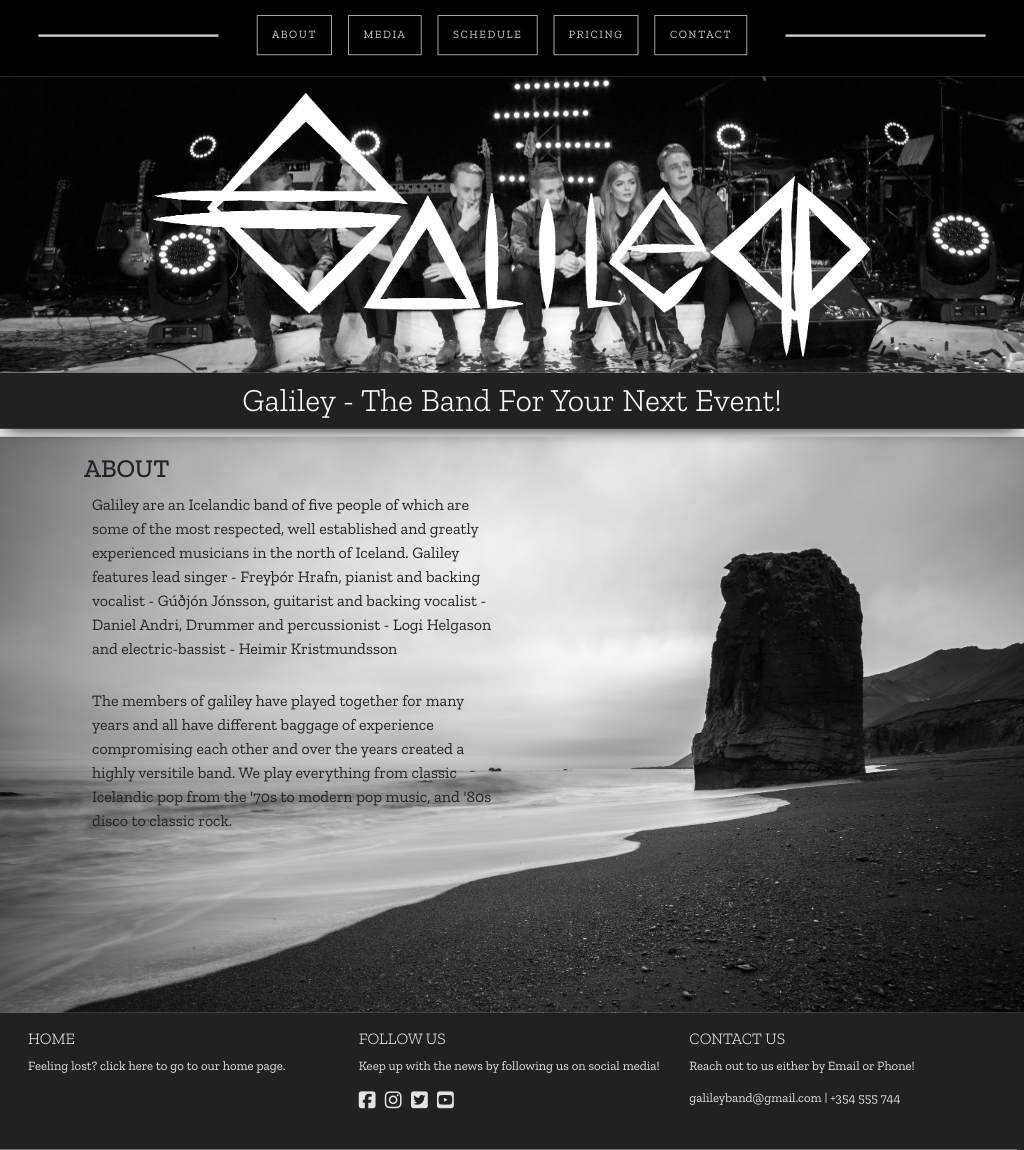
Repository: HeimirDavid/Galiley-Website
Page: index.html
The author's editor kept a record of every edit. The page is drawn from the files as they stood at one moment, then again after the next edit.
The browser window is 1280 px wide. The pictures show the whole page, at 80% of full size.
Backgrounds fixed to the window are drawn as part of the page. Some web libraries are served in a nearby version.

Above is the page before.

After the next edit:
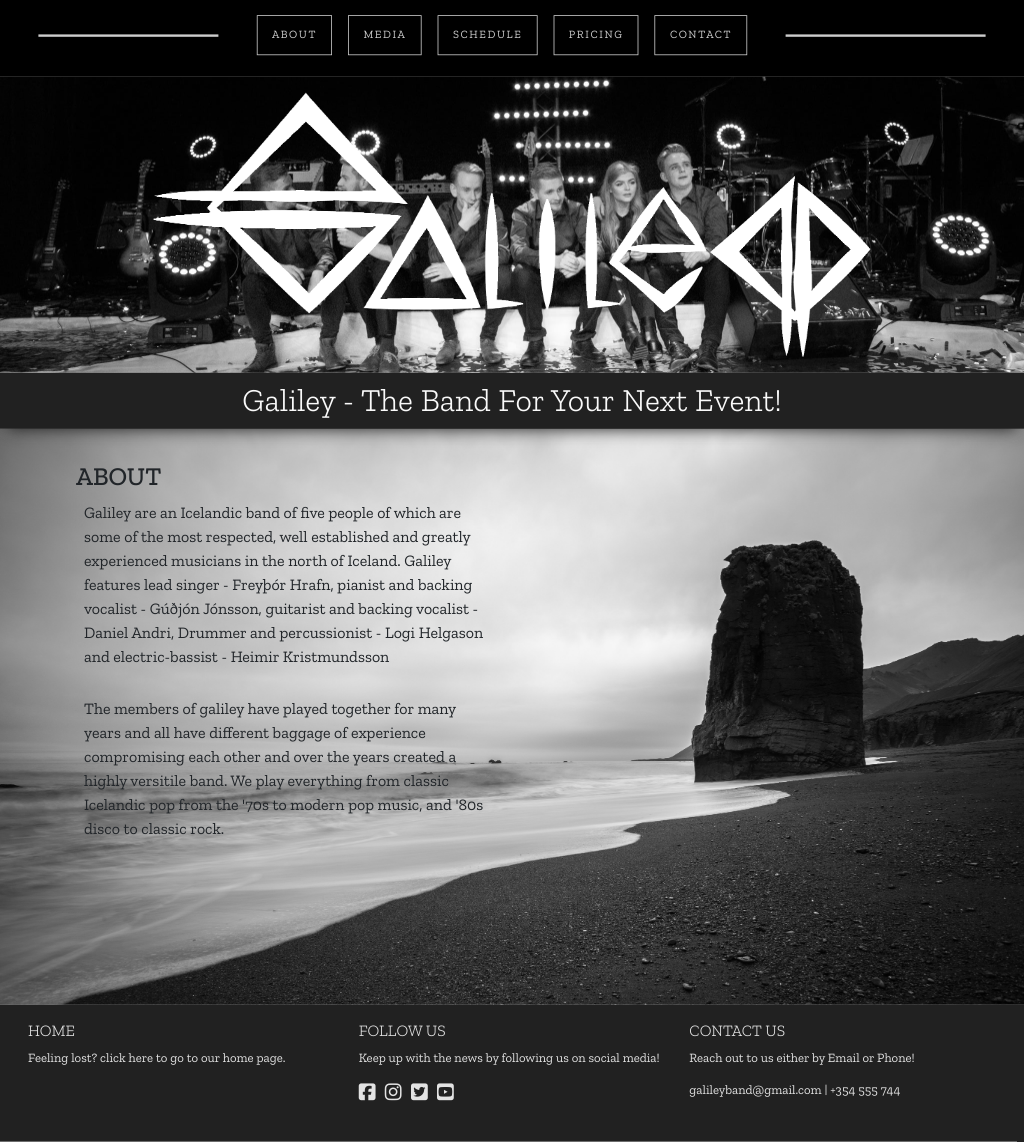
The edit:
--- a/assets/css/style.css
+++ b/assets/css/style.css
@@ -220,9 +220,7 @@
 /*--------------------------------- About Section */
 
 .about-row {
-    padding: 20px;
-    margin-top: 10px;
-    margin-bottom: 10px;
+    padding: 40px 10px 20px 10px;
 }
 
 .heading-h2 {
